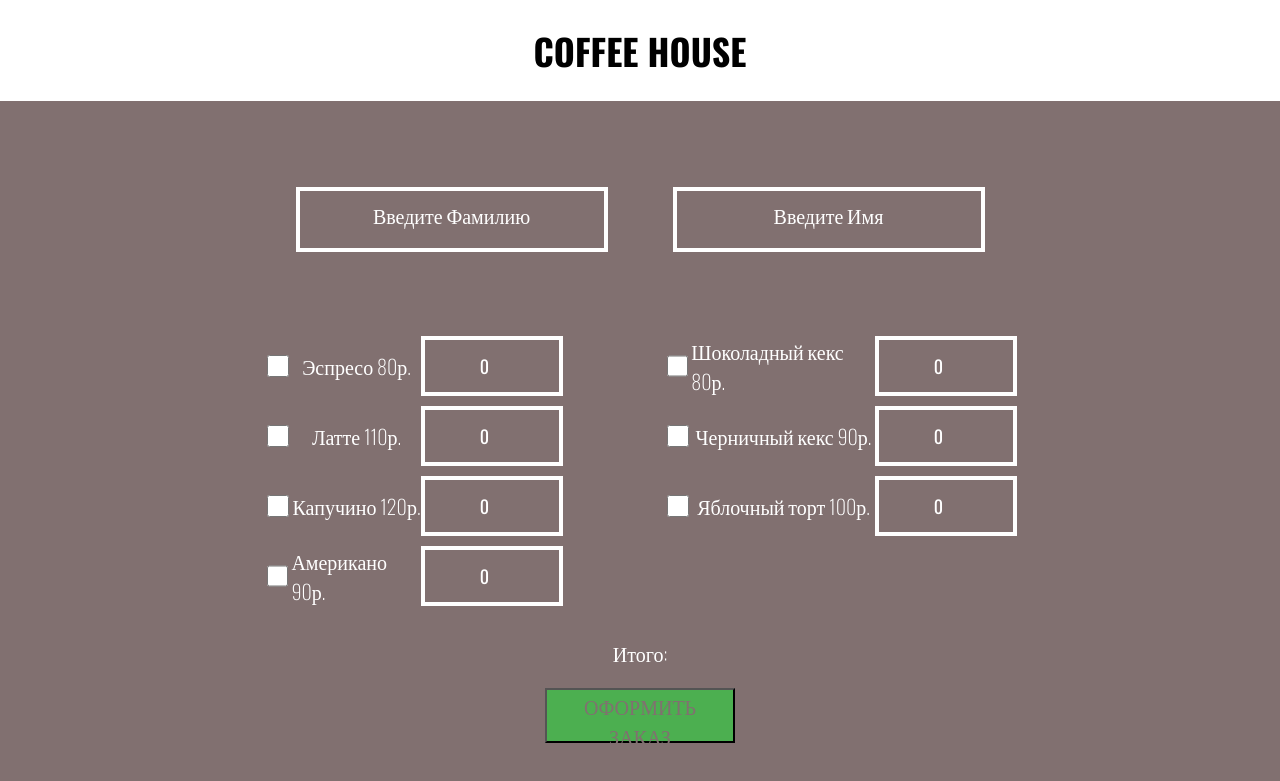
Repository: Valera1994/WebTestProject
Page: New2/index.html
An editor plug-in stored every save of this project. The page is shown before and after the next save, followed by the edit.
The browser window is 1280 px wide. The pictures show the whole page.
The pointer rests on the first visible `.btn`.

Above is the page before, as saved 2025-07-20 23:58:20.

### New2/index.html
<!DOCTYPE html>
<html lang="en">
<head>
    <meta charset="UTF-8">
    <meta name="viewport" content="width=device-width, initial-scale=1.0">
    <title>COFFEE HOUSE</title>
    <link rel="stylesheet" href="style.css">
    <link rel="preconnect" href="https://fonts.googleapis.com">
    <link rel="preconnect" href="https://fonts.gstatic.com" crossorigin="">
    <link href="https://fonts.googleapis.com/css2?family=Oswald:wght@200..700&amp;display=swap" rel="stylesheet">
</head>
<body>
    <header class="header">
        <h1 class="logo">COFFEE HOUSE</h1>
    </header>
    <div class="order">
        <div class="form">
            <input class="surname form_text" type="text" placeholder="Введите Фамилию" required="">
            <input class="name form_text" type="text" placeholder="Введите Имя" required="">
        </div>
        <div class="conteiner">
            <div class="menu-columns">
            <div class="menu_column">
            <div class="form_checkbox check1">
                <input type="checkbox" id="coffee" name="espreso" value="choise1">
                <label for="espreso">Эспресо 80р.</label>
                <input class="price" type="number" min="0" value="0" placeholder="0">
            </div>
            <div class="form_checkbox check1">
                <input type="checkbox" id="coffee" name="latte" value="choise1">
                <label for="latte">Латте 110р.</label>
                <input class="price" type="number" min="0" value="0" placeholder="0">
            </div>
            <div class="form_checkbox check1">
                <input type="checkbox" id="coffee" name="capp" value="choise1">
                <label for="capp">Капучино 120р.</label>
                <input class="price" type="number" min="0" value="0" placeholder="0">
            </div>
            <div class="form_checkbox check1">
                <input type="checkbox" id="coffee" name="amer" value="choise1">
                <label for="amer">Американо 90р.</label>
                <input class="price" type="number" min="0" value="0" placeholder="0">
            </div>
            </div>
            <div class="menu_column">
            <div class="form_checkbox check2">
                <input type="checkbox" id="coffee" name="choco" value="choise1">
                <label for="choco">Шоколадный кекс 80р.</label>
                <input class="price" type="number" min="0" value="0" placeholder="0">
            </div>
            <div class="form_checkbox check2">
                <input type="checkbox" id="coffee" name="chern" value="choise1">
                <label for="chern">Черничный кекс 90р.</label>
                <input class="price" type="number" min="0" value="0" placeholder="0">
            </div>
            <div class="form_checkbox check2">
                <input type="checkbox" id="coffee" name="apple" value="choise1">
                <label for="apple">Яблочный торт 100р.</label>
                <input class="price" type="number" min="0" value="0" placeholder="0">
            </div>
            </div>
            </div>
        </div>

        <p>Итого: <span class="result"></span></p>
        <div class="button_container">
            <button class="btn">ОФОРМИТЬ ЗАКАЗ</button>
        </div>
    </div>
</body>
</html>

### New2/style.css
body{
    margin: 0;
    padding: 0;
    font-family: 'Oswald', sans-serif;
}

.header {
    width: 100%;
    box-sizing: border-box;
    text-decoration: none;
    top: 0;
    left: 0;
}

.logo{
    color: black;
    font-size: 36px;
    white-space: nowrap;
    font-weight: medium;
    display: flex;
    justify-content: center;
}

.order{
    width: 100%;
    height: 680px;
    background: rgba(129, 112, 112, 1);
}

.form{
    padding: 86px 0;
    gap: 65px;
    display: flex;
    justify-content: center;
}

.form_text{
    background-color: #817070;
    display: flex;
    flex-direction: column;
    justify-content: center;
    width: 300px;
    height: 55px;
    border: 4px solid white;
}

.form_text::placeholder {
    font-family: 'Oswald';
    color: white;
    opacity: 1;
    display: flex;
    align-items:center;
    text-align: center;
    font-size: 20px;
    font-weight: lighter;
}

.container{
    display: flex;
    height: 271px;
    width: 100%;
    padding-bottom: 17px;
}

.menu-columns {
    display: flex;
    justify-content: center;
    width: 784px;
    gap: 100px;
    margin: 0 auto;
}

.menu-column {
    flex: 1;
}

.form_checkbox{
    display: flex;
    justify-content: space-between;
    align-items: center;
    margin-bottom: 15px;
}

label{
    font-family: 'Oswald';
    font-size: 20px;
    font-weight:lighter;
    color: white;
}

.check1{
    width: 300px;
    height: 55px;
}

.check2{
    width: 354px;
    height: 55px;
}

#coffee{
    width: 22px;
    height: 22px;
    background: rgba(196, 196, 196, 1);
}

.price{
    background-color: #817070;
    display: flex;
    flex-direction: column;
    justify-content: center;
    width: 130px;
    height: 50px;
    border: 4px solid white;
    text-align: center;
    font-family: 'Oswald';
    font-size: 18px;
    color: white;
}

p{
    font-family: 'Oswald';
    font-size: 20px;
    font-weight:lighter;
    color: white;
    display: flex;
    justify-content: center;
}

.button_container{
    display: flex;
    justify-content: center;
}

.btn{
    width: 190px;
    height: 55px;
    font-family: 'Oswald';
    font-size: 20px;
    font-weight: 500;
    background-color: white;
    color: rgba(129, 112, 112, 1);
}

.btn:hover{
    background-color: #4CAF50;
}

After the next save:
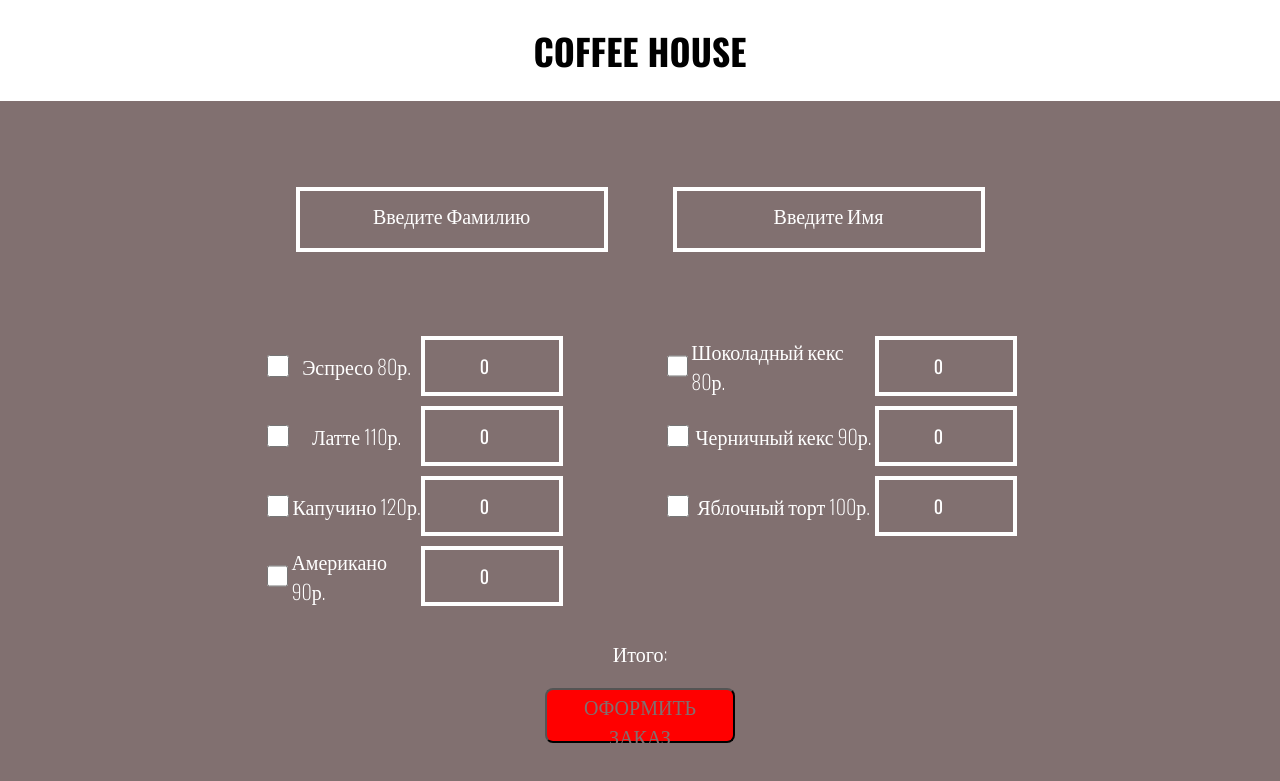
Saved 49 s later.
--- a/New2/style.css
+++ b/New2/style.css
@@ -143,5 +143,6 @@ p{
 }
 
 .btn:hover{
-    background-color: #4CAF50;
+    background-color: red;
+    border-radius: 8px;
 }
